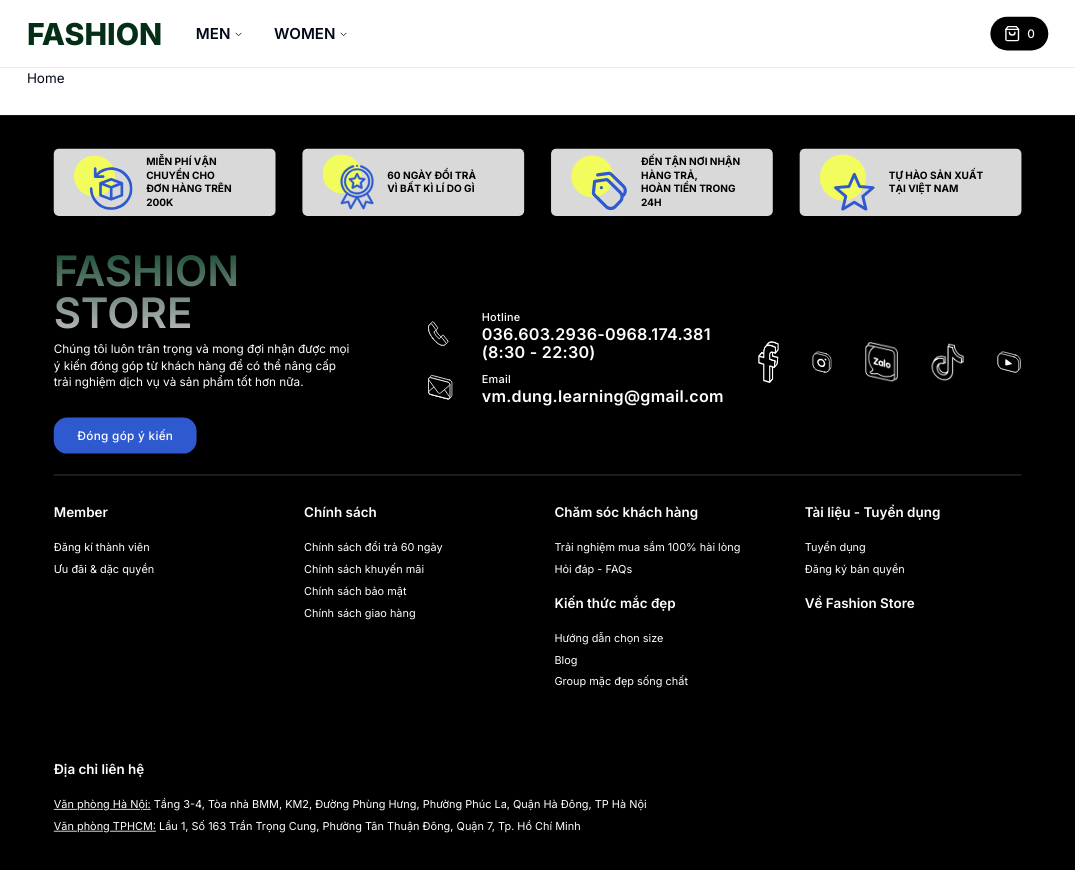
Repository: SaDaNdLoNeLy/clotheswebsite
Page: /
These files come from the project's save history. The page is drawn as it stood at one moment and after the next save; the edit follows.
The browser window is 1280 px wide. The pictures show the whole page, at 84% of full size.
Pictures or frames that could not be fetched are drawn as grey boxes. The page's requests for data from a server got no answer. The project was rebuilt for these pictures with package versions that can differ from the ones it lists, and the page was loaded fresh each time. The framework's server and built-in components were replaced by stand-ins that run in the browser. No one was signed in, and anything a server would have sent is missing. Also part of the build but not shown: next.config.js.

Above is the page before, as saved 2023-08-21 15:43:42.

### src/app/layout.tsx
import { Toaster } from "react-hot-toast";
import "./globals.css";
import { Inter } from "next/font/google";
import AuthContext from "@/context/AuthContext";
const inter = Inter({ subsets: ["latin"] });

export const metadata = {
  title: "Create Next App",
  description: "Generated by create next app",
};

export default function RootLayout({
  children,
}: {
  children: React.ReactNode;
}) {
  return (
    <html lang="en">
      <body className={inter.className}>
        <AuthContext>
          <Toaster />
          <main className="h-full">{children}</main>
        </AuthContext>
      </body>
    </html>
  );
}

### src/app/(home)/page.tsx
import HomeNav from "@/components/nav/HomeNav";
import { signOut } from "next-auth/react";
import HomeClient from "./components/HomeClient";
import Footer from "@/components/footer";

export default function ShopPage() {
  return (
    <>
      <HomeNav />
      <HomeClient />
      <Footer />
    </>
  );
}

### src/app/globals.css
@tailwind base;
@tailwind components;
@tailwind utilities;

html,
body,
:root {
  height: 100%;
}

@layer base {
  :root {
    --background: 0 0% 100%;
    --foreground: 222.2 84% 4.9%;

    --muted: 210 40% 96.1%;
    --muted-foreground: 215.4 16.3% 46.9%;

    --popover: 0 0% 100%;
    --popover-foreground: 222.2 84% 4.9%;

    --card: 0 0% 100%;
    --card-foreground: 222.2 84% 4.9%;

    --border: 214.3 31.8% 91.4%;
    --input: 214.3 31.8% 91.4%;

    --primary: 222.2 47.4% 11.2%;
    --primary-foreground: 210 40% 98%;

    --secondary: 210 40% 96.1%;
    --secondary-foreground: 222.2 47.4% 11.2%;

    --accent: 210 40% 96.1%;
    --accent-foreground: ;

    --destructive: 0 84.2% 60.2%;
    --destructive-foreground: 210 40% 98%;

    --ring: 215 20.2% 65.1%;

    --radius: 0.5rem;
  }

  .dark {
    --background: 222.2 84% 4.9%;
    --foreground: 210 40% 98%;

    --muted: 217.2 32.6% 17.5%;
    --muted-foreground: 215 20.2% 65.1%;

    --popover: 222.2 84% 4.9%;
    --popover-foreground: 210 40% 98%;

    --card: 222.2 84% 4.9%;
    --card-foreground: 210 40% 98%;

    --border: 217.2 32.6% 17.5%;
    --input: 217.2 32.6% 17.5%;

    --primary: 210 40% 98%;
    --primary-foreground: 222.2 47.4% 11.2%;

    --secondary: 217.2 32.6% 17.5%;
    --secondary-foreground: 210 40% 98%;

    --accent: 217.2 32.6% 17.5%;
    --accent-foreground: ;

    --destructive: 0 62.8% 30.6%;
    --destructive-foreground: 0 85.7% 97.3%;

    --ring: 217.2 32.6% 17.5%;
  }
}

@layer base {
  * {
    @apply border-border;
  }
  body {
    @apply bg-background text-foreground;
  }
}

### src/context/AuthContext.tsx
"use client";

import { SessionProvider } from "next-auth/react";

interface AuthContextProps {
  children: React.ReactNode;
}

export default function AuthContext({
  children
} : AuthContextProps) {
  return <SessionProvider>{children}</SessionProvider>
};

### src/components/nav/HomeNav.tsx
import Link from "next/link";
import Container from "../container";
import TypeNav from "./TypeNav";
import CartButton from "./CartButton";

const HomeNav = () => {
  return (
    <div className="z-50 border-b w-full">
      <Container>
        <div className="relative px-4 sm:px-6 lg:px-8 flex h-20 items-center">
          <Link href="/" className="ml-4 flex lg:ml-0 gap-x-2">
            <p className="font-extrabold text-green-950 text-4xl">FASHION</p>
          </Link>
          <TypeNav />
          <CartButton />
        </div>
      </Container>
    </div>
  );
};

export default HomeNav;

### src/app/(home)/components/HomeClient.tsx
import Container from "@/components/container";

const HomeClient = () => {
  return (
    <Container>
      <div className="px-4 sm:px-6 lg:px-8">
        Home
      </div>
    </Container>
  );
};

export default HomeClient;

### src/components/container.tsx
interface ContainerProps {
  children: React.ReactNode;
}

const Container: React.FC<ContainerProps> = ({
  children
}) => {
  return (
    <div className="mx-auto max-w-7xl">{children}</div>
  )
}

export default Container

### src/components/nav/TypeNav.tsx
"use client"

import axios from "axios"

import {
  NavigationMenu,
  NavigationMenuContent,
  NavigationMenuItem,
  NavigationMenuLink,
  NavigationMenuList,
  NavigationMenuTrigger,
  navigationMenuTriggerStyle,
} from "@/components/ui/navigation-menu"
import Link from "next/link"
import React, { useEffect, useState } from "react"
import { cn } from "@/lib/utils"

const TypeNav = () => {
  const [womentypes , setWomenTypes] = useState([])
  const [mentypes , setMenTypes] = useState([])

  useEffect(()=>{
    axios.get("/api/admin/types?for=MALE")
    .then((response) => setMenTypes(response.data))
    .catch((error) => console.log(error))

    axios.get("/api/admin/types?for=FEMALE")
    .then((response) => setWomenTypes(response.data))
    .catch((error) => console.log(error))
  },[])

  return (
    <NavigationMenu className="mx-6 flex">
      <NavigationMenuList>
        <NavigationMenuItem>
          <NavigationMenuTrigger className="text-lg font-semibold">MEN</NavigationMenuTrigger>
          <NavigationMenuContent>
            <ul className="grid w-[400px] gap-3 p-4 md:w-[500px] md:grid-cols-2 lg:w-[600px] ">
              {mentypes.map((type) => (
                <ListItem
                  key={type.id}
                  title={type.name}
                  href={`/type/${type.id}`}
                >
                </ListItem>
              ))}
            </ul>
          </NavigationMenuContent>
        </NavigationMenuItem>
        <NavigationMenuItem>
          <NavigationMenuTrigger className="text-lg font-semibold">WOMEN</NavigationMenuTrigger>
          <NavigationMenuContent>
            <ul className="grid w-[400px] gap-3 p-4 md:w-[500px] md:grid-cols-2 lg:w-[600px] ">
              {womentypes.map((type) => (
                <ListItem
                  key={type.id}
                  title={type.name}
                  href={`/type/${type.id}`}
                >
                </ListItem>
              ))}
            </ul>
          </NavigationMenuContent>
        </NavigationMenuItem>
        {/* <NavigationMenuItem>
          <Link href="/docs" legacyBehavior passHref>
            <NavigationMenuLink className={navigationMenuTriggerStyle()}>
              Documentation
            </NavigationMenuLink>
          </Link>
        </NavigationMenuItem> */}
      </NavigationMenuList>
    </NavigationMenu>
  )
}

export default TypeNav


const ListItem = React.forwardRef<
  React.ElementRef<"a">,
  React.ComponentPropsWithoutRef<"a">
>(({ className, title, children, ...props }, ref) => {
  return (
    <li>
      <NavigationMenuLink asChild>
        <a
          ref={ref}
          className={cn(
            "block select-none space-y-1 rounded-md p-3 leading-none no-underline outline-none transition-colors hover:bg-accent hover:text-accent-foreground focus:bg-accent focus:text-accent-foreground",
            className
          )}
          {...props}
        >
          <div className="text-sm font-medium leading-none">{title}</div>
          <p className="line-clamp-2 text-sm leading-snug text-muted-foreground">
            {children}
          </p>
        </a>
      </NavigationMenuLink>
    </li>
  )
})
ListItem.displayName = "ListItem"

### src/components/nav/CartButton.tsx
"use client";

import { ShoppingBag } from "lucide-react";
import { Button } from "../ui/button";
import { useEffect, useState } from "react";
import { useRouter } from "next/navigation";
import useCart from "@/hooks/use-cart";

const CartButton = () => {
  const [isMounted, setIsMounted] = useState(false);
  const router = useRouter();
  const cart = useCart()

  useEffect(() => {
    setIsMounted(true);
  }, [])

  if (!isMounted) {
    return null;
  }


  return (
    <div className="ml-auto flex items-center gap-x-4">
      <Button className="flex items-center rounded-full bg-black px-4 py-2" onClick={() => router.push("/cart")}>
        <ShoppingBag size={20} color="white" />
        <span className="ml-2 text-sm font-medium text-white">{cart.items.length}</span>
      </Button>
    </div>
  );
};

export default CartButton;

### src/components/ui/navigation-menu.tsx
import * as React from "react"
import * as NavigationMenuPrimitive from "@radix-ui/react-navigation-menu"
import { cva } from "class-variance-authority"
import { ChevronDown } from "lucide-react"

import { cn } from "@/lib/utils"

const NavigationMenu = React.forwardRef<
  React.ElementRef<typeof NavigationMenuPrimitive.Root>,
  React.ComponentPropsWithoutRef<typeof NavigationMenuPrimitive.Root>
>(({ className, children, ...props }, ref) => (
  <NavigationMenuPrimitive.Root
    ref={ref}
    className={cn(
      "relative z-10 flex max-w-max flex-1 items-center justify-center",
      className
    )}
    {...props}
  >
    {children}
    <NavigationMenuViewport />
  </NavigationMenuPrimitive.Root>
))
NavigationMenu.displayName = NavigationMenuPrimitive.Root.displayName

const NavigationMenuList = React.forwardRef<
  React.ElementRef<typeof NavigationMenuPrimitive.List>,
  React.ComponentPropsWithoutRef<typeof NavigationMenuPrimitive.List>
>(({ className, ...props }, ref) => (
  <NavigationMenuPrimitive.List
    ref={ref}
    className={cn(
      "group flex flex-1 list-none items-center justify-center space-x-1",
      className
    )}
    {...props}
  />
))
NavigationMenuList.displayName = NavigationMenuPrimitive.List.displayName

const NavigationMenuItem = NavigationMenuPrimitive.Item

const navigationMenuTriggerStyle = cva(
  "group inline-flex h-10 w-max items-center justify-center rounded-md bg-white px-4 py-2 text-sm font-medium transition-colors hover:bg-slate-100 hover:text-slate-900 focus:bg-slate-100 focus:text-slate-900 focus:outline-none disabled:pointer-events-none disabled:opacity-50 data-[active]:bg-slate-100/50 data-[state=open]:bg-slate-100/50 dark:bg-slate-950 dark:hover:bg-slate-800 dark:hover:text-slate-50 dark:focus:bg-slate-800 dark:focus:text-slate-50 dark:data-[active]:bg-slate-800/50 dark:data-[state=open]:bg-slate-800/50"
)

const NavigationMenuTrigger = React.forwardRef<
  React.ElementRef<typeof NavigationMenuPrimitive.Trigger>,
  React.ComponentPropsWithoutRef<typeof NavigationMenuPrimitive.Trigger>
>(({ className, children, ...props }, ref) => (
  <NavigationMenuPrimitive.Trigger
    ref={ref}
    className={cn(navigationMenuTriggerStyle(), "group", className)}
    {...props}
  >
    {children}{""}
    <ChevronDown
      className="relative top-[1px] ml-1 h-3 w-3 transition duration-200 group-data-[state=open]:rotate-180"
      aria-hidden="true"
    />
  </NavigationMenuPrimitive.Trigger>
))
NavigationMenuTrigger.displayName = NavigationMenuPrimitive.Trigger.displayName

const NavigationMenuContent = React.forwardRef<
  React.ElementRef<typeof NavigationMenuPrimitive.Content>,
  React.ComponentPropsWithoutRef<typeof NavigationMenuPrimitive.Content>
>(({ className, ...props }, ref) => (
  <NavigationMenuPrimitive.Content
    ref={ref}
    className={cn(
      "left-0 top-0 w-full data-[motion^=from-]:animate-in data-[motion^=to-]:animate-out data-[motion^=from-]:fade-in data-[motion^=to-]:fade-out data-[motion=from-end]:slide-in-from-right-52 data-[motion=from-start]:slide-in-from-left-52 data-[motion=to-end]:slide-out-to-right-52 data-[motion=to-start]:slide-out-to-left-52 md:absolute md:w-auto",
      className
    )}
    {...props}
  />
))
NavigationMenuContent.displayName = NavigationMenuPrimitive.Content.displayName

const NavigationMenuLink = NavigationMenuPrimitive.Link

const NavigationMenuViewport = React.forwardRef<
  React.ElementRef<typeof NavigationMenuPrimitive.Viewport>,
  React.ComponentPropsWithoutRef<typeof NavigationMenuPrimitive.Viewport>
>(({ className, ...props }, ref) => (
  <div className={cn("absolute left-0 top-full flex justify-center")}>
    <NavigationMenuPrimitive.Viewport
      className={cn(
        "origin-top-center relative mt-1.5 h-[var(--radix-navigation-menu-viewport-height)] w-full overflow-hidden rounded-md border border-slate-200 bg-white text-slate-950 shadow-lg data-[state=open]:animate-in data-[state=closed]:animate-out data-[state=closed]:zoom-out-95 data-[state=open]:zoom-in-90 md:w-[var(--radix-navigation-menu-viewport-width)] dark:border-slate-800 dark:bg-slate-950 dark:text-slate-50",
        className
      )}
      ref={ref}
      {...props}
    />
  </div>
))
NavigationMenuViewport.displayName =
  NavigationMenuPrimitive.Viewport.displayName

const NavigationMenuIndicator = React.forwardRef<
  React.ElementRef<typeof NavigationMenuPrimitive.Indicator>,
  React.ComponentPropsWithoutRef<typeof NavigationMenuPrimitive.Indicator>
>(({ className, ...props }, ref) => (
  <NavigationMenuPrimitive.Indicator
    ref={ref}
    className={cn(
      "top-full z-[1] flex h-1.5 items-end justify-center overflow-hidden data-[state=visible]:animate-in data-[state=hidden]:animate-out data-[state=hidden]:fade-out data-[state=visible]:fade-in",
      className
    )}
    {...props}
  >
    <div className="relative top-[60%] h-2 w-2 rotate-45 rounded-tl-sm bg-slate-200 shadow-md dark:bg-slate-800" />
  </NavigationMenuPrimitive.Indicator>
))
NavigationMenuIndicator.displayName =
  NavigationMenuPrimitive.Indicator.displayName

export {
  navigationMenuTriggerStyle,
  NavigationMenu,
  NavigationMenuList,
  NavigationMenuItem,
  NavigationMenuContent,
  NavigationMenuTrigger,
  NavigationMenuLink,
  NavigationMenuIndicator,
  NavigationMenuViewport,
}

### src/components/ui/button.tsx
import * as React from "react"
import { Slot } from "@radix-ui/react-slot"
import { cva, type VariantProps } from "class-variance-authority"

import { cn } from "@/lib/utils"

const buttonVariants = cva(
  "inline-flex items-center justify-center rounded-md text-sm font-medium ring-offset-white transition-colors focus-visible:outline-none focus-visible:ring-2 focus-visible:ring-slate-950 focus-visible:ring-offset-2 disabled:pointer-events-none disabled:opacity-50 dark:ring-offset-slate-950 dark:focus-visible:ring-slate-300",
  {
    variants: {
      variant: {
        default: "bg-slate-900 text-slate-50 hover:bg-slate-900/90 dark:bg-slate-50 dark:text-slate-900 dark:hover:bg-slate-50/90",
        destructive:
          "bg-red-500 text-slate-50 hover:bg-red-500/90 dark:bg-red-900 dark:text-slate-50 dark:hover:bg-red-900/90",
        outline:
          "border border-slate-200 bg-white hover:bg-slate-100 hover:text-slate-900 dark:border-slate-800 dark:bg-slate-950 dark:hover:bg-slate-800 dark:hover:text-slate-50",
        secondary:
          "bg-slate-100 text-slate-900 hover:bg-slate-100/80 dark:bg-slate-800 dark:text-slate-50 dark:hover:bg-slate-800/80",
        ghost: "hover:bg-slate-100 hover:text-slate-900 dark:hover:bg-slate-800 dark:hover:text-slate-50",
        link: "text-slate-900 underline-offset-4 hover:underline dark:text-slate-50",
      },
      size: {
        default: "h-10 px-4 py-2",
        sm: "h-9 rounded-md px-3",
        lg: "h-11 rounded-md px-8",
        icon: "h-10 w-10",
      },
    },
    defaultVariants: {
      variant: "default",
      size: "default",
    },
  }
)

export interface ButtonProps
  extends React.ButtonHTMLAttributes<HTMLButtonElement>,
    VariantProps<typeof buttonVariants> {
  asChild?: boolean
}

const Button = React.forwardRef<HTMLButtonElement, ButtonProps>(
  ({ className, variant, size, asChild = false, ...props }, ref) => {
    const Comp = asChild ? Slot : "button"
    return (
      <Comp
        className={cn(buttonVariants({ variant, size, className }))}
        ref={ref}
        {...props}
      />
    )
  }
)
Button.displayName = "Button"

export { Button, buttonVariants }

### src/hooks/use-cart.tsx
import { Product, Image, Color, Size } from "@prisma/client";
import { create } from "zustand";
import { persist, createJSONStorage } from "zustand/middleware";
import { ProductClientType } from "../../type";
import toast from "react-hot-toast";

interface CartProps {
  items: ProductClientType[];
  addItem: (data: ProductClientType) => void;
  removeItem: (id: string) => void;
  removeAll: () => void;
}

const useCart = create(
  persist<CartProps>(
    (set, get) => ({
      items: [],
      addItem: (data) => {
        const currentItems = get().items;
        const existingItem = currentItems.find((item) => item.id === data.id);
        if (existingItem) {
          return toast.error("Item is already in cart");
        }

        set({ items: [...get().items, data] });
        toast.success("Item added successfully");
      },
      removeItem: (id: string) => {
        set({ items: [...get().items.filter((item) => item.id !== id)] });
        toast.success("Item remove successfully");
      },
      removeAll: () => set({ items: [] }),
    }),
    {
      name: "cart-storage",
      storage: createJSONStorage(() => localStorage),
    }
  )
);

export default useCart;

### src/components/shopwebui/bannerslide.tsx
"use client";
import Image from "next/image";
import React, { useState } from "react";
import { FontAwesomeIcon } from "@fortawesome/react-fontawesome";
import {
  faAngleLeft,
  faAngleRight,
  faCircle,
} from "@fortawesome/free-solid-svg-icons";

const BannerSlide = () => {
  const slides = [
    {
      id: 1,
      url: "https://pubcdn.ivymoda.com/files/news/2023/06/02/980c6bb31c417f37ef9c44aa741a8411.jpg",
    },
    {
      id: 2,
      url: "https://pubcdn.ivymoda.com/files/news/2023/05/29/56aa2a96b2157626e3816c98ef97ae8c.jpg",
    },
    {
      id: 3,
      url: "https://pubcdn.ivymoda.com/files/news/2023/05/24/f29737db73f904570c725277be4e7765.png",
    },
    {
      id: 4,
      url: "https://pubcdn.ivymoda.com/files/news/2023/05/11/35cbc7f406f32b21a8ceee16f41ab9bd.gif",
    },
    {
      id: 5,
      url: "https://pubcdn.ivymoda.com/files/news/2023/06/05/40ec1d403c8b69f183977a469ff7ae7d.jpg",
    },
  ];
  const [currentIndex, setCurrentIndex] = useState<Number>(0);
  const [activeIndex, setActiveIndex] = useState<Number>(0);
  const goToSlide = (index: Number) => {
    setCurrentIndex(index);
  };
  const goToPreviousImage = () => {
    if (currentIndex === 0) {
      setCurrentIndex(slides.length - 1);
    } else {
      setCurrentIndex(Number(currentIndex) - 1);
    }
  };
  const goToNextImage = () => {
    if (currentIndex === slides.length - 1) {
      setCurrentIndex(0);
    } else {
      setCurrentIndex(Number(currentIndex) + 1);
    }
  };
  const handleDotClick = (index: Number) => {
    if (index !== currentIndex) {
      setCurrentIndex(index);
    }
  };
  return (
    <section className="banner-slide mb-10 w-full h-full relative">
      <div className="slider-banner relative">
        <div className="img-container h-full w-full ">
          <div
            className="img-wrapper flex relative justify-center items-center"
            // style={{
            //   transform: `translate3d(${-currentIndex * 100}%, 0, 0)`,
            // }}
          >
            {slides.map((item, index) =>
              index === currentIndex ? (
                <img
                  key={item.id}
                  src={item.url}
                  alt=""
                  className="slide-img md:rounded-tl-[80px] md:rounded-br-[80px] rounded-tl-[50px] rounded-br-[50px]"
                />
              ) : (
                <img
                  key={item.id}
                  src={item.url}
                  alt=""
                  className="slide-img md:rounded-tl-[80px] md:rounded-br-[80px] rounded-tl-[50px] rounded-br-[50px] hidden"
                />
              )
            )}
            <div className="nav-arrow">
              <div
                className="left absolute top-1/2 translate-x-0 -translate-y-1/2 left-[5%] md:text-[45px] text-black cursor-pointer text-[25px]"
                onClick={goToPreviousImage}
              >
                <FontAwesomeIcon icon={faAngleLeft} />
              </div>
              <div
                className="right absolute top-1/2 translate-x-0 -translate-y-1/2 right-[5%] md:text-[45px] text-black cursor-pointer text-[25px]"
                onClick={goToNextImage}
              >
                <FontAwesomeIcon icon={faAngleRight} />
              </div>
            </div>
            <div className="dot-container flex justify-center absolute bottom-0 left-[45%] cursor-pointer mobile:left-[40%]">
              {slides.map((item, index) => (
                <div
                  className={`dot text-[60px] my-0 mx-[3px] ${
                    index === currentIndex ? "text-white" : ""
                  }`}
                  key={item.id}
                  onClick={() => handleDotClick(index)}
                >
                  .
                </div>
              ))}
            </div>
          </div>
        </div>
      </div>
    </section>
  );
};

export default BannerSlide;

Loaded but not shown: src/lib/utils.ts (common file); tailwind.config.js (76 lines, source omitted); src/components/shopwebui/HomePageService.tsx (143 lines, source omitted); src/components/shopwebui/footer.tsx (213 lines, source omitted)

After the next save:
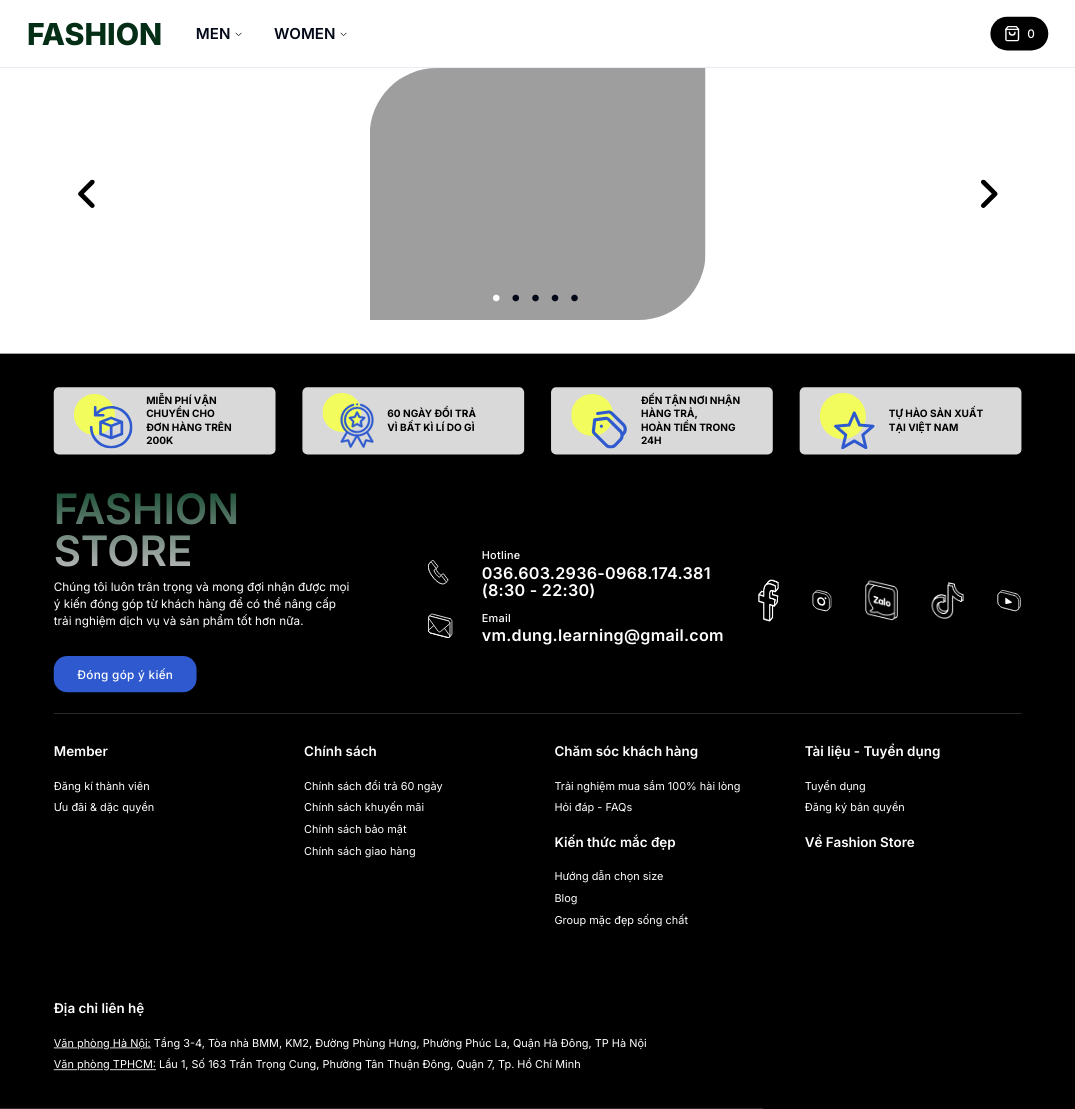
Saved 24 s later.
--- a/src/app/(home)/components/HomeClient.tsx
+++ b/src/app/(home)/components/HomeClient.tsx
@@ -1,10 +1,11 @@
+import BannerSlide from "@/components/bannerslide";
 import Container from "@/components/container";
 
 const HomeClient = () => {
   return (
     <Container>
       <div className="px-4 sm:px-6 lg:px-8">
-        Home
+        <BannerSlide />
       </div>
     </Container>
   );
